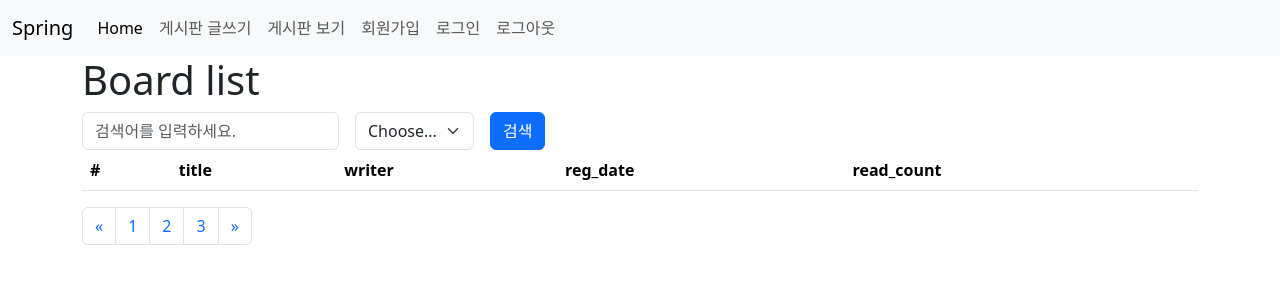
Repository: kimnoanoa/springTest240430
Page: http://localhost/spring_study/WEB-INF/views/board/list.jsp
An editor plug-in stored every save of this project. The page is shown before and after the next save, followed by the edit.
The browser window is 1280 px wide. The pictures show the whole page.
The page is served by Tomcat 9. Nobody is signed in. The template is opened directly, without the code that normally fills it, so the values that code supplies are empty.

Above is the page before, as saved 2024-04-24 08:14:35.

After the next save:
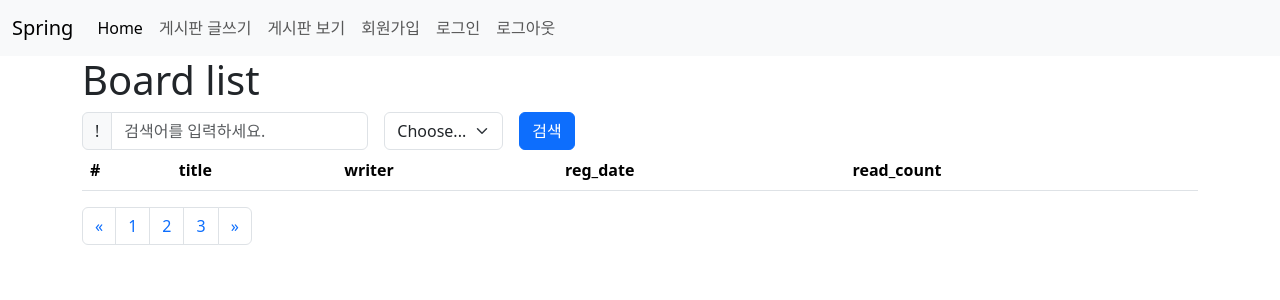
Saved 18 s later.
--- a/spring_study/src/main/webapp/WEB-INF/views/board/list.jsp
+++ b/spring_study/src/main/webapp/WEB-INF/views/board/list.jsp
@@ -10,6 +10,7 @@
   <div class="col-12">
     <label class="visually-hidden" for="inlineFormInputGroupUsername">Username</label>
     <div class="input-group">
+      <div class="input-group-text">!</div>
       <input type="text" class="form-control" id="inlineFormInputGroupUsername" placeholder="검색어를 입력하세요.">
     </div>
   </div>
